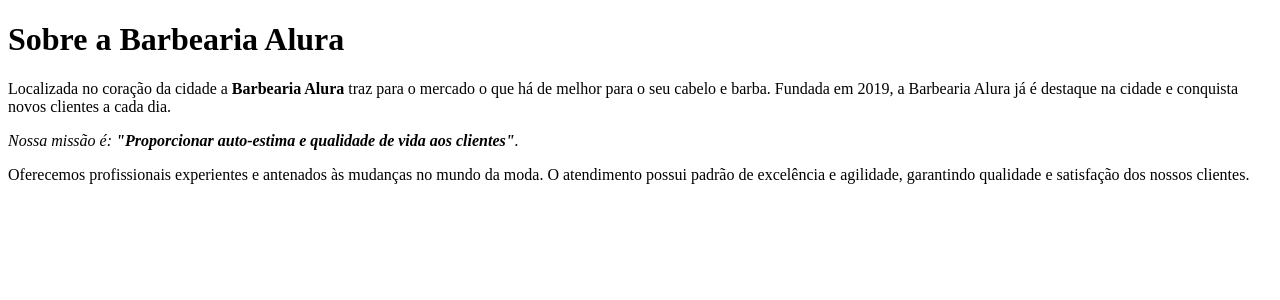
Repository: RenatoCCS/Barbearia_Alura
Page: index.html
The author's editor kept a copy of each file at every save. The page is drawn from the files as they stood at one save, then again after the next save.
The browser window is 1280 px wide. The pictures show the whole page.

Above is the page before, as saved 2022-10-17 19:55:42.

After the next save:
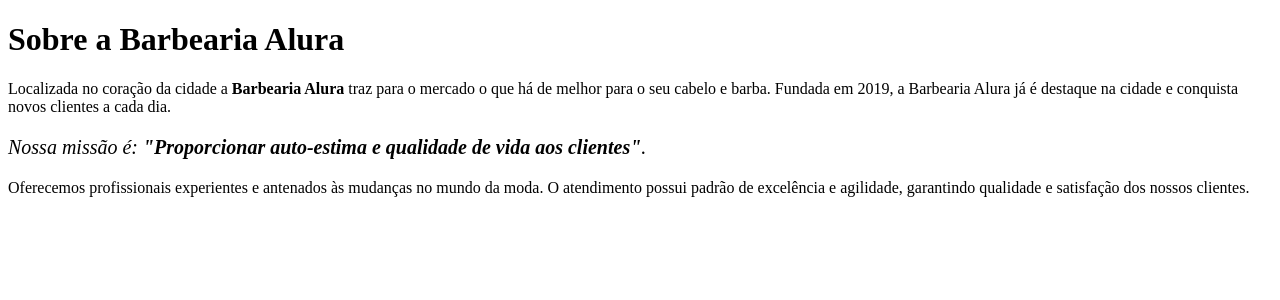
Saved 22 s later.
--- a/index.html
+++ b/index.html
@@ -16,7 +16,7 @@
       a cada dia.
     </p>
 
-    <p style="font-size: ">
+    <p style="font-size: 20px">
       <em>
         Nossa missão é:
         <strong
